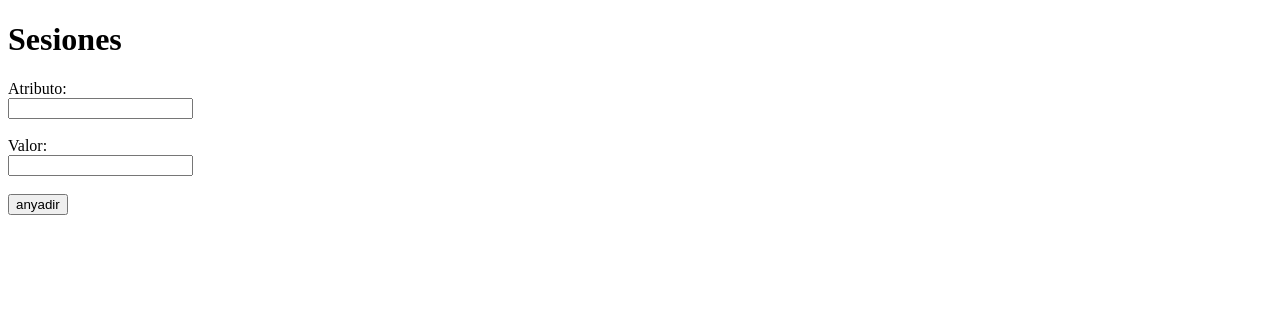
Repository: fernandoduran/JavaEE
Page: Sesions/WebContent/index.html
An editor plug-in stored every save of this project. The page is shown before and after the next save, followed by the edit.
The browser window is 1280 px wide. The pictures show the whole page.

Above is the page before, as saved 2017-02-16 18:43:29.

### Sesions/WebContent/index.html
<!DOCTYPE html>
<html>
	<head>
		<meta charset="UTF-8">
		<title>Sesiones</title>
	</head>

	<body>
		<h1>Sesiones</h1>

		<form action="/Sesiones/anyadir">

			Atributo:<br>
			<input type="text" name="atributo"><br><br>

			Valor:<br>
			<input type="text" name="valor"><br><br>

			<input type="submit" value="anyadir">
		</form>
	</body>
</html>

After the next save:
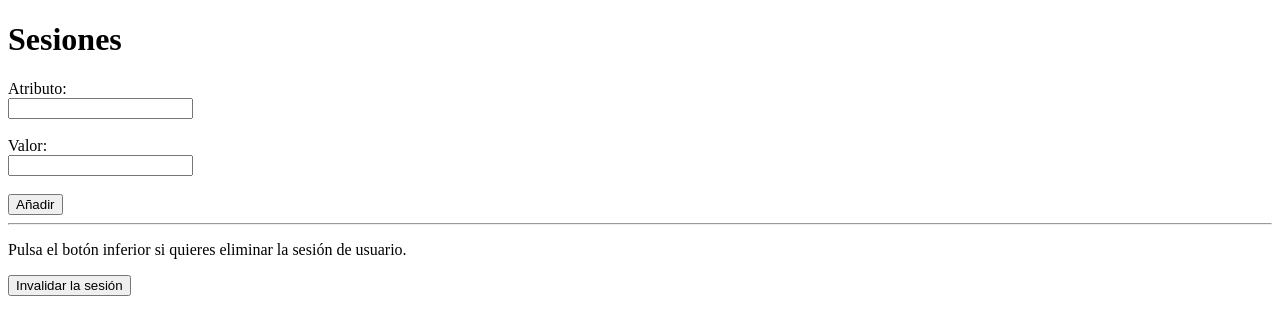
Saved 2 min 46 s later.
--- a/Sesions/WebContent/index.html
+++ b/Sesions/WebContent/index.html
@@ -16,7 +16,14 @@
 			Valor:<br>
 			<input type="text" name="valor"><br><br>
 
-			<input type="submit" value="anyadir">
+			<input type="submit" value="Añadir">
+		</form>
+
+		<hr>
+		<p>Pulsa el botón inferior si quieres eliminar la sesión de usuario.</p>
+
+		<form method="get" action="/Sesiones/invalidar">
+			<input type="submit" value="Invalidar la sesión">
 		</form>
 	</body>
 </html>
